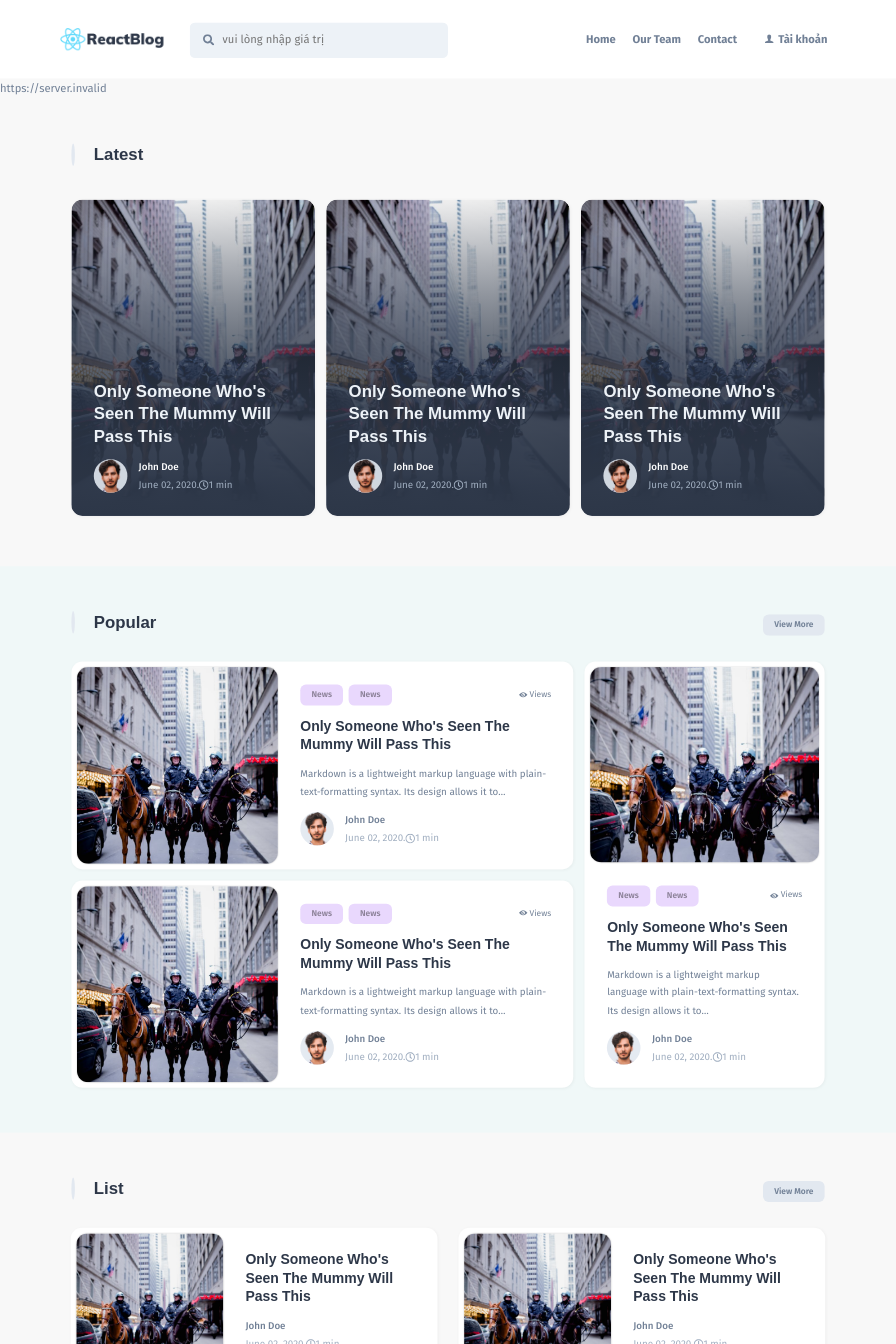
Repository: khuong30082000/Project-by-khuong
Page: /
These files come from the project's save history. The page is drawn as it stood at one moment and after the next save; the edit follows.
The browser window is 1280 px wide. The pictures show the part of the page from y = 0 to 1920 px (the page is 2695 px tall before and 2666 px after), at 70% of full size.
The page's requests for data from a server got no answer. Some web fonts or font styles are not loaded; a fallback is used. The project was rebuilt for these pictures with package versions that can differ from the ones it lists, and the page was loaded fresh each time. No one was signed in, and anything a server would have sent is missing. Also part of the build but not shown: src/pages/LoginPage/login.css, src/pages/LoginPage/index.js, src/pages/RegisterPage.js, src/helpers/index.js, src/pages/SearchPage.js, src/components/PostDetail/comments.css, src/components/PostDetail/PostDetailComments.js, src/components/PostDetail/PostDetailRichText.js and 11 more.

Above is the page before, as saved 2022-04-11 19:13:07.

### public/index.html
<!DOCTYPE html>
<html lang="en">

<head>
  <meta charset="utf-8" />
  <link rel="icon" href="%PUBLIC_URL%/favicon.ico" />
  <meta name="viewport" content="width=device-width, initial-scale=1" />
  <meta name="theme-color" content="#000000" />
  <meta name="description" content="Web site created using create-react-app" />
  <link rel="apple-touch-icon" href="%PUBLIC_URL%/logo192.png" />
  <!--
      manifest.json provides metadata used when your web app is installed on a
      user's mobile device or desktop. See https://developers.google.com/web/fundamentals/web-app-manifest/
    -->
  <link rel="manifest" href="%PUBLIC_URL%/manifest.json" />
  <!--
      Notice the use of %PUBLIC_URL% in the tags above.
      It will be replaced with the URL of the `public` folder during the build.
      Only files inside the `public` folder can be referenced from the HTML.

      Unlike "/favicon.ico" or "favicon.ico", "%PUBLIC_URL%/favicon.ico" will
      work correctly both with client-side routing and a non-root public URL.
      Learn how to configure a non-root public URL by running `npm run build`.
    -->
  <link rel="stylesheet"
    href="https://fonts.googleapis.com/css2?family=Muli:ital,wght@0,500;0,600;0,700;1,400&display=swap">
  <link rel="stylesheet"
    href="https://fonts.googleapis.com/css2?family=Fira+Sans:ital,wght@0,300;0,400;0,500;0,600;0,700;1,400&display=swap">
  <link rel="stylesheet" href="http://code.ionicframework.com/ionicons/2.0.1/css/ionicons.min.css">
  <title>React Blog</title>
</head>

<body>
  <noscript>You need to enable JavaScript to run this app.</noscript>
  <div id="root"></div>
  <!--
      This HTML file is a template.
      If you open it directly in the browser, you will see an empty page.

      You can add webfonts, meta tags, or analytics to this file.
      The build step will place the bundled scripts into the <body> tag.

      To begin the development, run `npm start` or `yarn start`.
      To create a production bundle, use `npm run build` or `yarn build`.
    -->
</body>

</html>

### src/assets/css/main.css
html {
  font-size: 85%; }

img {
  max-width: 100%; }

a:hover {
  text-decoration: none; }

:focus {
  outline: none !important;
  box-shadow: none !important; }

body {
  font-family: "Fira Sans", sans-serif;
  font-size: 1rem;
  font-weight: normal;
  line-height: 1.8;
  -webkit-font-smoothing: antialiased;
  margin: 0px;
  text-decoration: none;
  color: #718096;
  background-color: #f8f8f8; }

.wrapper-content {
  margin: 0;
  min-width: 0;
  -webkit-flex-direction: column;
  -ms-flex-direction: column;
  flex-direction: column;
  min-height: 100vh;
  display: -webkit-box;
  display: -webkit-flex;
  display: -ms-flexbox;
  display: flex; }

.tcl-container {
  min-width: 0px;
  width: 100%;
  max-width: 1140px;
  padding-left: 1rem;
  padding-right: 1rem;
  margin: 0px auto; }
  @media screen and (min-width: 640px) {
    .tcl-container {
      padding-left: 2rem;
      padding-right: 2rem; } }

.tcl-row {
  margin-left: -1rem;
  margin-right: -1rem; }

.section {
  padding-top: 1rem;
  padding-bottom: 1rem; }
  @media screen and (min-width: 640px) {
    .section {
      padding-top: 2rem;
      padding-bottom: 2rem; } }

.spacing {
  padding-top: 1rem;
  padding-bottom: 1rem; }
  @media screen and (min-width: 640px) {
    .spacing {
      padding-top: 2rem;
      padding-bottom: 2rem; } }
  .spacing + .spacing {
    padding-top: 0; }

.bg-white {
  background-color: #fff; }

.bg-white-blue {
  background-color: #f0f8f8; }

.text-center {
  text-align: center; }

.text-right {
  text-align: right; }

.block-center {
  margin-left: auto;
  margin-right: auto; }

@media screen and (min-width: 640px) {
  html {
    font-size: 90%; }
  .container {
    padding-left: 2rem;
    padding-right: 2rem; } }

@media screen and (min-width: 768px) {
  html {
    font-size: 95%; } }

@media screen and (min-width: 1024px) {
  html {
    font-size: 100%; } }

### src/pages/HomePage.js
import ArticleLatest from './../components/ArticleLatest';
import ArticlePopular from './../components/ArticlePopular';
import ArticleList from './../components/ArticleList';
import { BASE_URL } from '../constants';
function HomePage() {

  return (
    <>
    { BASE_URL }
     <ArticleLatest />
     <ArticlePopular />
     <ArticleList />
    </>
  );
}

export default HomePage;

### src/components/Header/header.css
#header {
    margin: 0;
    z-index: 99;
    min-width: 0;
    padding: 0 1rem;
    position: relative;
    background-color: #fff; }

  .header {
    height: 6rem;
    padding-top: 1rem;
    padding-bottom: 1rem;
    -webkit-box-pack: justify;
    -webkit-justify-content: space-between;
    -ms-flex-pack: justify;
    justify-content: space-between;
    -webkit-box-align: center;
    -webkit-align-items: center;
    -ms-flex-align: center;
    align-items: center; }
    @media screen and (min-width: 640px) {
      .header {
        height: 7rem;
        padding-top: 2rem;
        padding-bottom: 2rem; } }
    .header-logo {
      position: relative;
      overflow: hidden;
      display: inline-block;
      width: 150px;
      height: 35px;
      vertical-align: middle; }

    .header-nav {
      display: none; }
      .header-nav__lists {
        margin: 0;
        padding-left: 1rem;
        list-style: none;
        display: -webkit-box;
        display: -webkit-flex;
        display: -ms-flexbox;
        display: flex;
        -webkit-flex-wrap: wrap;
        -ms-flex-wrap: wrap;
        flex-wrap: wrap;
        -webkit-box-orient: horizontal;
        -webkit-box-direction: normal;
        -webkit-flex-direction: row;
        -ms-flex-direction: row;
        flex-direction: row;
        -webkit-box-pack: end;
        -webkit-justify-content: flex-end;
        -ms-flex-pack: end;
        justify-content: flex-end; }
        .header-nav__lists > li {
          margin: 0;
          margin-left: 0.5rem;
          margin-right: 0.5rem; }
          .header-nav__lists > li a {
            display: block;
            font-weight: 700;
            color: #718096;
            padding: 0.25rem; }
          .header-nav__lists > li ul {
            position: absolute;
            width: 200px;
            background-color: #fff;
            box-shadow: 1px 1px 5px 1px rgba(0, 0, 0, 0.2);
            border-radius: 0.5rem;
            list-style: none;
            padding: 0.5rem 0;
            opacity: 0;
            pointer-events: none;
            transition: all 0.3s ease; }
            .header-nav__lists > li ul li {
              padding: 0rem 1rem; }
          .header-nav__lists > li > ul {
            top: 100%;
            right: 0; }
            .header-nav__lists > li > ul ul {
              top: 0;
              right: 100%; }
        .header-nav__lists li {
          position: relative; }
          .header-nav__lists li:hover > a,
          .header-nav__lists li:hover > a:active,
          .header-nav__lists li:hover > a:visited {
            color: #5a67d8;
            text-decoration: none; }
          .header-nav__lists li:hover > ul {
            opacity: 1;
            pointer-events: auto; }
        .header-nav__lists .user a {
          max-width: 120px;
          white-space: nowrap;
          overflow: hidden;
          text-overflow: ellipsis; }
        .header-nav__lists .user .icons {
          margin-right: 3px; }
      @media screen and (min-width: 640px) {
        .header-nav {
          display: -webkit-box;
          display: -webkit-flex;
          display: -ms-flexbox;
          display: flex;
          -webkit-box-pack: end;
          -webkit-justify-content: flex-end;
          -ms-flex-pack: end;
          justify-content: flex-end; } }

### src/components/Footer/footer.css
.footer {
    padding-top: 4rem;
    padding-bottom: 4rem; }
    .footer-logo {
      padding-bottom: 0.25rem;
      margin-bottom: 0.5rem; }
    .footer-title {
      color: #2d3748;
      font-weight: 700;
      font-size: 1.1rem;
      margin-top: 2rem;
      font-family: 'Muli',sans-serif; }
      @media screen and (min-width: 768px) {
        .footer-title {
          font-size: 1rem; } }
    .footer-content__list {
      margin: 0;
      padding: 0;
      list-style: none; }
      .footer-content__list > li a {
        color: #718096;
        margin-left: 0.5rem;
        margin-right: 0.5rem;
        margin-bottom: 0.5rem;
        display: inline-block; }
        .footer-content__list > li a:hover {
          color: 5a67d8; }

  .footer-facebook .fb_iframe_widget {
    width: 100%;
    overflow: hidden; }

  @media screen and (min-width: 576px) {
    .footer .tcl-col-sm-6:nth-child(2) .footer-title {
      margin-top: 0; }
    .footer .tcl-col-md-4:nth-child(3) .footer-title {
      margin-top: 0; }
    .footer .tcl-col-lg-4:last-child .footer-title {
      margin-top: 0; } }

### src/components/ArticleLatest/latest-news-list.css
.latest-news__list {
  margin-left: -0.5rem;
  margin-right: -0.5rem;
  display: -webkit-box;
  display: -webkit-flex;
  display: -ms-flexbox;
  display: flex;
  -webkit-flex-wrap: wrap;
  -ms-flex-wrap: wrap;
  flex-wrap: wrap;
  -webkit-box-pack: center;
  -webkit-justify-content: center;
  -ms-flex-pack: center;
  justify-content: center; }

.latest-news__card {
  flex-basis: 100%;
  padding: 0.5rem;
  -webkit-box-flex: 1;
  flex-grow: 1; }
  @media screen and (min-width: 640px) {
    .latest-news__card {
      flex-basis: 50%;
      max-width: 50%; } }
  @media screen and (min-width: 768px) {
    .latest-news__card {
      flex-basis: 33.3333%;
      min-width: 33.3333%; } }

### src/components/ArticlePopular/popular-news-list.css
.popular-news__list {
  display: -webkit-box;
  display: -webkit-flex;
  display: -ms-flexbox;
  display: flex;
  -webkit-box-orient: vertical;
  -webkit-box-direction: normal;
  -webkit-flex-direction: column;
  -ms-flex-direction: column;
  flex-direction: column; }
  .popular-news__list--left {
    flex: 1 1 0%; }
  .popular-news__list--right {
    width: 100%;
    max-width: 1140px;
    flex-basis: 33.3333%;
    display: -webkit-box;
    display: -webkit-flex;
    display: -ms-flexbox;
    display: flex;
    margin: 1rem 0 0 auto; }
  .popular-news__list--row {
    display: -webkit-box;
    display: -webkit-flex;
    display: -ms-flexbox;
    display: flex;
    -webkit-flex-wrap: wrap;
    -ms-flex-wrap: wrap;
    flex-wrap: wrap;
    margin: -0.5rem; }
  .popular-news__list--card {
    -webkit-box-flex: 1;
    flex-grow: 1;
    padding: 0.5rem; }
  @media screen and (min-width: 768px) {
    .popular-news__list {
      -webkit-box-orient: horizontal;
      -webkit-box-direction: normal;
      -webkit-flex-direction: row;
      -ms-flex-direction: row;
      flex-direction: row; }
      .popular-news__list--right {
        padding-left: 1rem;
        margin-top: 0; } }

### src/components/shared/Input/input.css
.form-control {
  position: relative;
  margin-bottom: 1.25rem;
}
.form-control input {
  box-sizing: border-box;
  margin: 0;
  min-width: 0;
  display: block;
  width: 100%;
  padding: 0.5rem 1rem;
  -webkit-appearance: none;
  -moz-appearance: none;
  appearance: none;
  font-size: inherit;
  line-height: inherit;
  border: 1px solid;
  border-radius: 4px;
  color: inherit;
  background-color: transparent;
  border: none;
  background-color: #edf2f7;
  outline: none;
}
.form-control .toggle-password {
  right: 0;
  bottom: 0;
  z-index: 2;
  padding: 0.5rem 1rem;
  cursor: pointer;
  position: absolute;
}
.form-control .toggle-password:hover {
  color: #5a67d8;
}
.form-control .toggle-password + input {
  padding-right: 3rem;
}
.input-search {
  display: none;
  -webkit-box-align: center;
  -webkit-align-items: center;
  -ms-flex-align: center;
  align-items: center;
  top: 2rem;
  left: 50%;
  z-index: 99;
  background-color: #edf2f7;
  transform: translate(0px, 0px);
  padding-left: 1rem;
  padding-right: 1rem;
  border-radius: 0.5rem;
  border: 3px solid transparent;
}
.input-search__input {
  display: block;
  width: 100%;
  -webkit-appearance: none;
  font-size: inherit;
  line-height: inherit;
  color: inherit;
  background-color: transparent;
  margin: 0px 0px 0px 0.25rem;
  padding: 0.5rem;
  border-radius: 4px;
  border: 0;
  outline: none;
}
@media screen and (min-width: 768px) {
  .input-search {
    display: -webkit-box;
    display: -webkit-flex;
    display: -ms-flexbox;
    display: flex;
  }
}

### src/components/shared/Button/button.css
.btn {
  font-size: 0.75rem;
  font-weight: 700;
  white-space: nowrap;
  border-radius: 2px;
  display: inline-block;
  border-radius: 0.5rem;
  font-weight: 600;
  padding: 0.25rem 1rem;
  -webkit-transition: all 250ms ease;
  transition: all 250ms ease;
  border: 0; }
  .btn-default {
    color: #718096;
    background-color: #e2e8f0; }
    .btn-default:hover {
      color: #fff;
      background-color: #717171; }
  .btn-primary {
    color: #fff;
    background-color: #5a67d8; }
    .btn-primary:hover {
      color: #fff;
      background-color: #717171; }
  .btn-category {
    background-color: #e9d8fd;
    color: rgba(0, 0, 0, 0.4); }
    .btn-category:hover {
      color: #e2e8f0;
      background-color: #718096; }
  .btn-size-large {
    font-size: 1rem;
    padding: 0.5rem 2rem;
    font-weight: 400;
    border-radius: 9999px; }
  .btn svg {
    height: 1em; }

### src/components/shared/MainTitle/main-title.css
.main-title h2 {
  font-family: Muli, sans-serif;
  line-height: 1.33;
  color: #2d3748;
  font-weight: bold;
  font-size: 1.5rem;
  position: relative;
  text-align: center; }
  @media screen and (min-width: 640px) {
    .main-title h2 {
      text-align: left;
      padding-left: 2rem; }
      .main-title h2::before {
        background-color: #e2e8f0;
        content: "";
        position: absolute;
        height: 100%;
        width: 5px;
        top: 0px;
        left: 0px;
        border-radius: 100%; } }

.main-title.tcl-jc-between h2 {
  text-align: left; }

.main-title.main-title__search h2 {
  text-align: center; }
  .main-title.main-title__search h2::before {
    content: none; }

Loaded but not shown: src/assets/libs/bootstrap4/bootstrap-tcl.css (library); src/reportWebVitals.js (common file); src/components/Footer/index.js (62 lines, source omitted); src/components/Header/HeaderMenus.js (63 lines, source omitted); src/components/ArticleItems/ArticleItemInfo.js (35 lines, source omitted); src/components/ArticlePopular/index.js (42 lines, source omitted); src/components/shared/Input/index.js (42 lines, source omitted); src/components/ArticleList/index.js (39 lines, source omitted); src/App.js (40 lines, source omitted); src/components/ArticleItems/index.js (29 lines, source omitted); src/components/ArticleLatest/index.js (35 lines, source omitted); src/components/Header/HeaderSearch.js (34 lines, source omitted); src/components/shared/IconLoading.js (33 lines, source omitted); src/components/shared/Button/index.js (28 lines, source omitted); src/components/shared/IconSearch.js (10 lines, source omitted); src/index.js (18 lines, source omitted); src/components/shared/MainTitle/index.js (18 lines, source omitted); src/components/Header/index.js (21 lines, source omitted); src/components/Header/HeaderLogo.js (15 lines, source omitted); src/components/ArticleItems/ArticleItemCategory.js (10 lines, source omitted); src/components/ArticleItems/ArticleItemThumb.js (12 lines, source omitted); src/components/ArticleItems/ArticleItemTitle.js (12 lines, source omitted); src/components/ArticleItems/ArticleItemAvatar.js (11 lines, source omitted); src/components/ArticleItems/ArticleItemDesc.js (10 lines, source omitted); src/components/ArticleItems/ArticleItemStats.js (12 lines, source omitted); src/constants/index.js (1 lines, source omitted); src/components/ArticleList/article-item.css (274 lines, source omitted); src/components/ArticleItems/article-item.css (274 lines, source omitted)

After the next save:
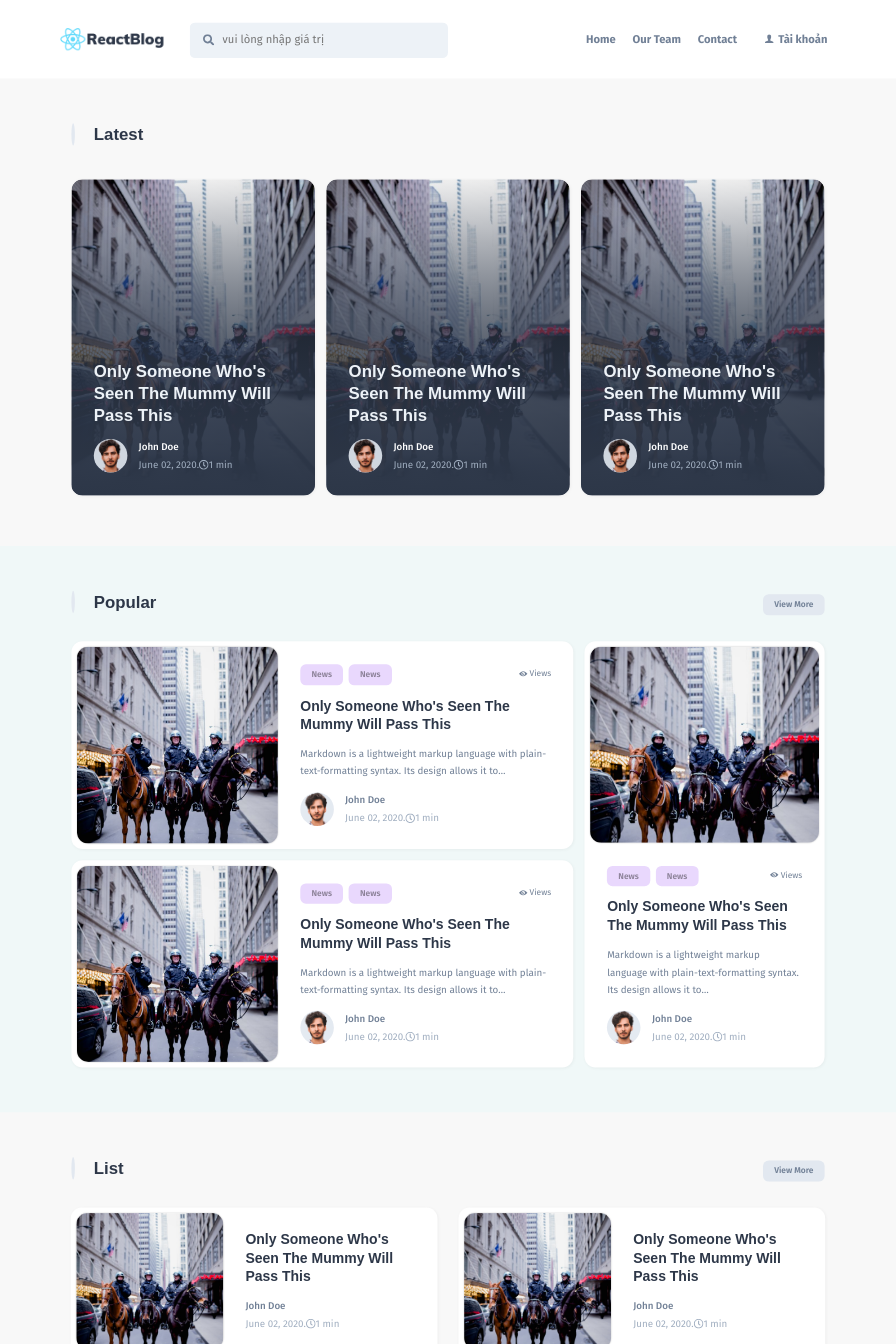
Saved 9 s later.
--- a/src/pages/HomePage.js
+++ b/src/pages/HomePage.js
@@ -6,7 +6,6 @@ function HomePage() {
 
   return (
     <>
-    { BASE_URL }
      <ArticleLatest />
      <ArticlePopular />
      <ArticleList />
